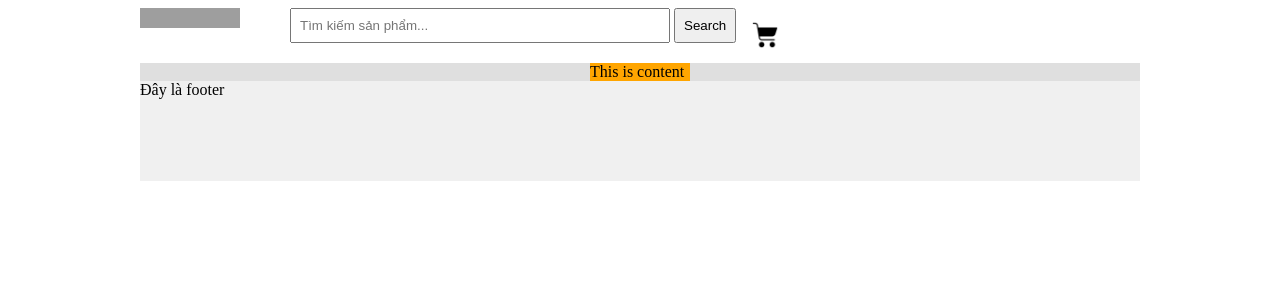
Repository: minhkhuyen1711/hpt
Page: http://localhost/website-ecommerce-php-master/index.php?action=login
These files come from the project's save history. The page is drawn as it stood at one moment and after the next save; the edit follows.
The browser window is 1280 px wide. The pictures show the whole page.
Pictures or frames that could not be fetched are drawn as grey boxes. The page is run by PHP 8.4 with error messages shown; the project is at /var/www/html/.

Above is the page before, as saved 2021-06-11 04:48:37.

After the next save:
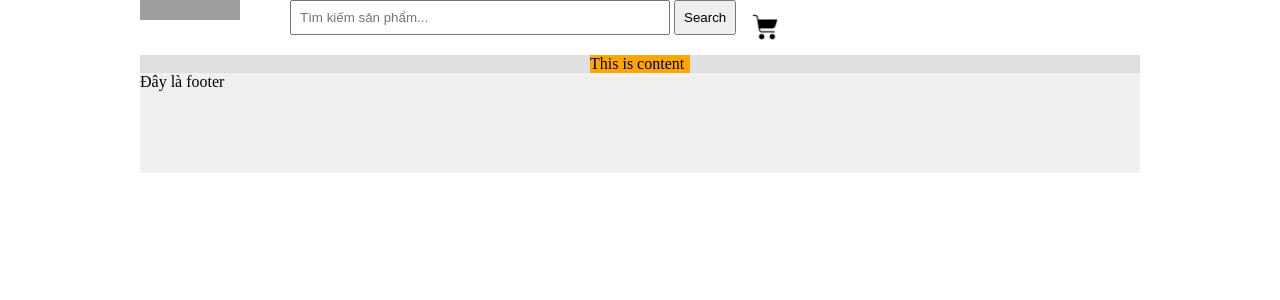
Saved 29 s later.
--- a/styles/style.css
+++ b/styles/style.css
@@ -1,4 +1,28 @@
+/* http://meyerweb.com/eric/tools/css/reset/
+   v2.0 | 20110126
+   License: none (public domain)
+*/
 
+html, body, div, span, applet, object, iframe,
+h1, h2, h3, h4, h5, h6, p, blockquote, pre,
+a, abbr, acronym, address, big, cite, code,
+del, dfn, em, img, ins, kbd, q, s, samp,
+small, strike, strong, sub, sup, tt, var,
+b, u, i, center,
+dl, dt, dd, ol, ul, li,
+fieldset, form, label, legend,
+table, caption, tbody, tfoot, thead, tr, th, td,
+article, aside, canvas, details, embed,
+figure, figcaption, footer, header, hgroup,
+menu, nav, output, ruby, section, summary,
+time, mark, audio, video {
+	margin: 0;
+	padding: 0;
+	border: 0;
+	font-size: 100%;
+	font: inherit;
+	vertical-align: baseline;
+}
 
 .main_wrapper{
     width: 1000px;
